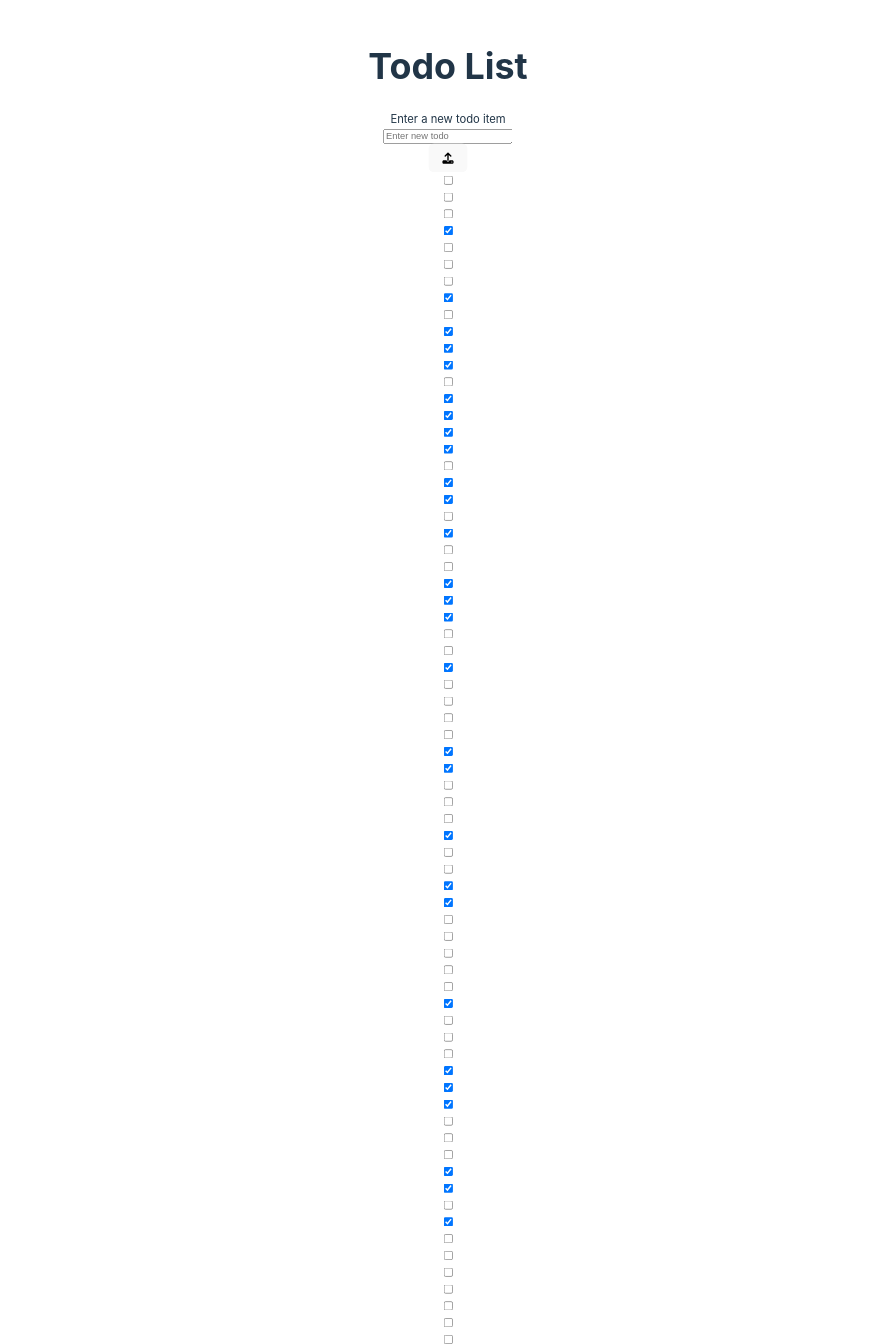
Repository: sinchana-P/rtk-query-todo
Page: /
An editor plug-in stored every save of this project. The page is shown before and after a run of saves, followed by the edit.
The browser window is 1280 px wide. The pictures show the part of the page from y = 0 to 1920 px (the page is 5078 px tall), at 70% of full size.
The project was rebuilt for these pictures with package versions that can differ from the ones it lists, and the page was loaded fresh each time. Requests to the local data server were answered from the project's data file. Also part of the build but not shown: vite.config.js.

Above is the page before, as saved 2023-11-29 07:49:51.

### src/main.jsx
import React from 'react'
import ReactDOM from 'react-dom/client'
import App from './App.jsx'
import './index.css'

import { ApiProvider } from '@reduxjs/toolkit/query/react'
import { apiSlice } from './features/api/apiSlice'

ReactDOM.createRoot(document.getElementById('root')).render(
  <React.StrictMode>
    <ApiProvider api={apiSlice}>
      <App />
    </ApiProvider>
  </React.StrictMode>,
)

// Note:
// React v18 index (main) changes

### src/App.jsx
import TodoList from './features/todos/TodoList'
import './App.css'

function App() {

  return (
    <TodoList />
  )
}

export default App

### src/features/api/apiSlice.js
import { createApi, fetchBaseQuery } from '@reduxjs/toolkit/query/react'

export const apiSlice = createApi({
    reducerPath: 'api',         // default
    baseQuery: fetchBaseQuery({ baseUrl: 'http://localhost:3500' }),
    endpoints: (builder) => ({
        getTodos: builder.query({
            query: () => '/todos',        // anonymous function // '/todos' will be attached to the baseUrl
        }),
        addTodo: builder.mutation({
            query: (todo) => ({         // "todo" is specified, coz it needs a new todo.
                url: '/todos',
                method: 'POST',
                body: todo
            })
        }),
        updateTodo: builder.mutation({
            query: (todo) => ({
                url: `/todos/${todo.id}`,
                method: 'PATCH',        // to update part of the record
                body: todo
            })
        }),
        deleteTodo: builder.mutation({
            query: ({ id }) => ({    // "({ id })": destructuring from todo
                url: `/todos/${id}`,
                method: 'DELETE',        // to update part of the record
                body: id
            })
        })

    })

})


export const {
    useGetTodosQuery,
    useAddTodoMutation,
    useUpdateTodoMutation,
    useDeleteTodoMutation
} = apiSlice

// Here we r using, json server with our local dev environment.
// So: baseUrl: 'http://localhost:3500'

// Feature on RTK-Query:
// It creates "custom hooks" based on the methods that we provide.

### src/features/todos/TodoList.jsx
//  --- add imports ---
import {
    useGetTodosQuery,
    useAddTodoMutation,
    useUpdateTodoMutation,
    useDeleteTodoMutation
} from '../api/apiSlice'
//  --- add imports ---

import { FontAwesomeIcon } from '@fortawesome/react-fontawesome'
import { faTrash, faUpload } from '@fortawesome/free-solid-svg-icons'
import { useState } from 'react'

const TodoList = () => {

    const [newTodo, setNewTodo] = useState('');

    // --- start ---- destructuring content from "useGetTodosQuery"
    const {
        data: todos,
        isLoading,
        isSuccess,
        isError,
        error
    } = useGetTodosQuery()
    // -- end ---- destructuring content from "useGetTodosQuery"

    console.log(useGetTodosQuery());
    // o/p:
    // data: Array(200)
    // endpointName:  "getTodos"
    // fulfilledTimeStamp: 1701222421416
    // isError: false
    // isFetching: false
    // isLoading: false
    // isSuccess: true
    // isUninitialized: false
    // console.log(useGetTodosQuery.data);

    // we r getting only the functions from these hooks:
    const [addTodo] = useAddTodoMutation()
    const [updateTodo] = useUpdateTodoMutation()
    const [deleteTodo] = useDeleteTodoMutation()


    const handleSubmit = (e) => {
        e.preventDefault();
        // -- start -- addTodo
        addTodo({ userId: 1, title: newTodo, completed: false })
        // -- end -- addTodo
        setNewTodo('')
    }

    const newItemSection =
        <form onSubmit={handleSubmit}>
            <label htmlFor='new-todo'>Enter a new todo item</label>
            <div className='new-todo'>
                <input
                    type='text'
                    id='new-todo'
                    value={newTodo}
                    onChange={(e) => setNewTodo(e.target.value)}
                    placeholder='Enter new todo'
                />
            </div>
            <button className='submit'>
                <FontAwesomeIcon icon={faUpload} />
            </button>
        </form>

    let content;
    // --- Define conditional content ---
    if (isLoading) {
        content = <p>Loading...</p>
    } else if (isSuccess) {
        // content = JSON.stringify(todos)
        content = todos.map(todo => {
            return (
                <article key={todo.id}>
                    <div className='todo'>
                        <input
                            type='checkbox'
                            checked={todo.completed}
                            id={todo.id}
                            onChange={() => updateTodo({ ...todo, completed: !todo.completed })}
                        />
                        <label></label>
                    </div>
                </article>
            )
        })
    } else if (isError) {
        content = <p>{ error }</p>
    }
    // --- Define conditional content ---

  return (
    <main>
          <h1>Todo List</h1>
          {newItemSection}
          {content}
    </main>
  )
}

export default TodoList

Loaded but not shown: index.html (common file); src/index.css (common file); src/App.css (common file); data/db.json (1204 lines, source omitted)

After the next 5 saves:
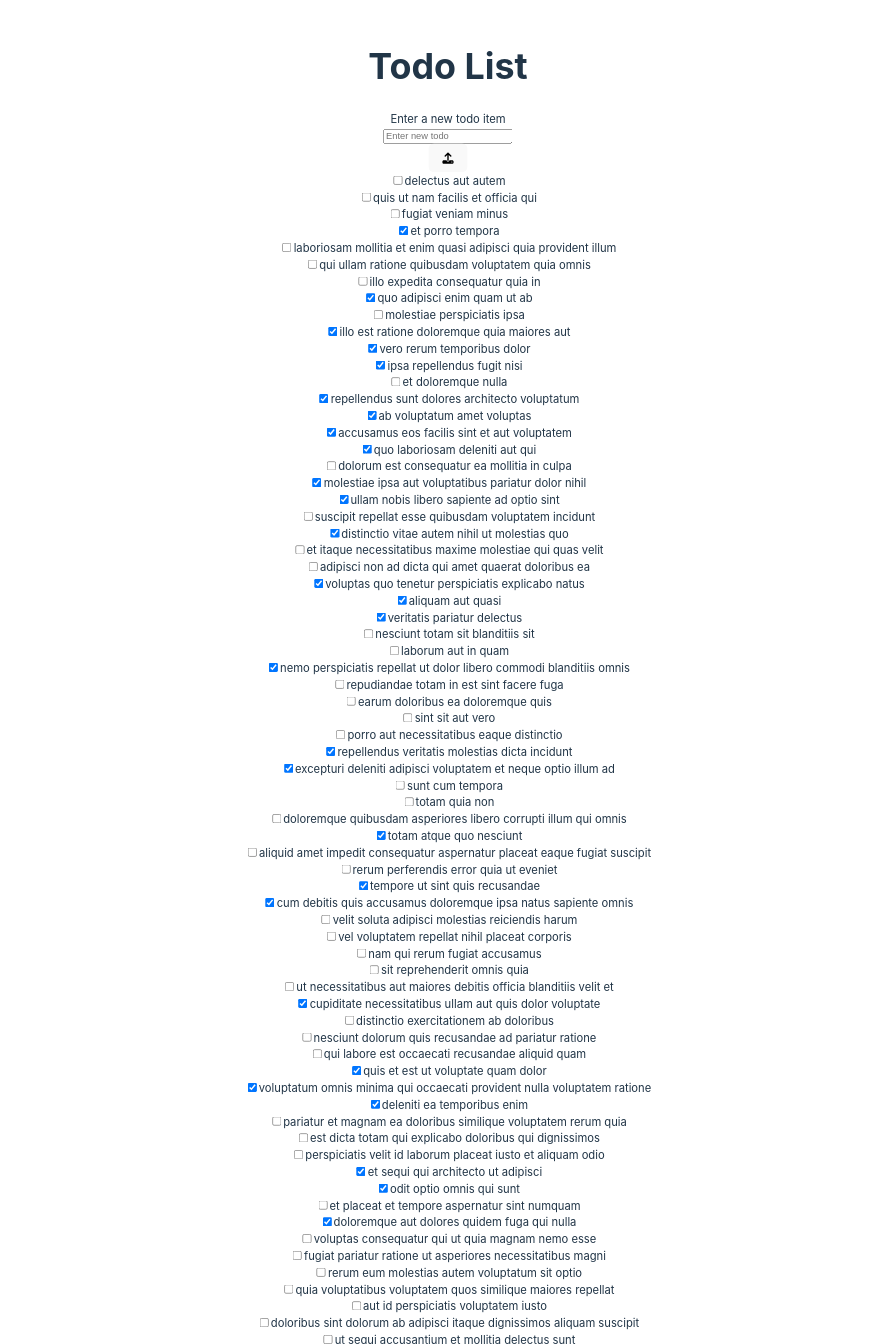
The 5 saves are shown as one change because 1 did not build or start and some came seconds apart.
The last was saved 14 s later.
--- a/src/features/todos/TodoList.jsx
+++ b/src/features/todos/TodoList.jsx
@@ -84,7 +84,7 @@ const TodoList = () => {
                             id={todo.id}
                             onChange={() => updateTodo({ ...todo, completed: !todo.completed })}
                         />
-                        <label></label>
+                        <label >{ todo.title }</label>
                     </div>
                 </article>
             )
